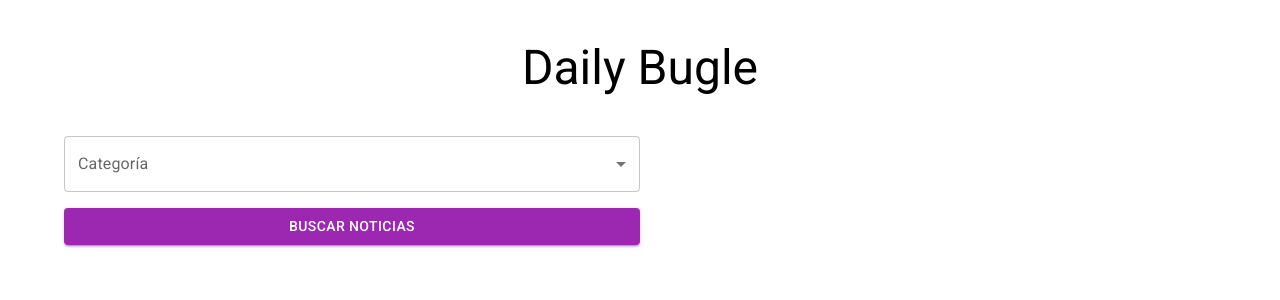
Repository: CarlosCamposRodriguez99/noticiasApp
Page: /
An editor plug-in stored every save of this project. The page is shown before and after the next save, followed by the edit.
The browser window is 1280 px wide. The pictures show the whole page.
Some web fonts or font styles are not loaded; a fallback is used. The project was rebuilt for these pictures with package versions that can differ from the ones it lists, and the page was loaded fresh each time. Also part of the build but not shown: vite.config.js.

Above is the page before, as saved 2022-06-07 19:44:06.

### index.html
<!DOCTYPE html>
<html lang="en">
  <head>
    <meta charset="UTF-8" />
    <link rel="icon" type="image/svg+xml" href="/src/favicon.svg" />
    <meta name="viewport" content="width=device-width, initial-scale=1.0" />
    <title>Buscador de Noticias</title>
    <link rel="preconnect" href="https://fonts.googleapis.com">
    <link rel="preconnect" href="https://fonts.gstatic.com" crossorigin>
    <link href="https://fonts.googleapis.com/css2?family=Joan&family=Roboto:wght@300;400;500;700&display=swap" rel="stylesheet">
  </head>
  <body>
    <div id="root"></div>
    <script type="module" src="/src/main.jsx"></script>
  </body>
</html>

### src/App.jsx
import { Container, Grid, Typography } from '@mui/material';
import Formulario from './components/Formulario';

function App() {

  return (
    <Container>
      <header>
        <Typography
          align="center"
          marginY={5}
          component='h1'
          variant='h3'
        >
          Daily Bugle
        </Typography>
      </header>

      <Grid
        container
        direction=''
      >
        <Grid
          item md={6}
        >
        <Formulario />

        </Grid>
      </Grid>

    </Container>
  )
}

export default App

### src/components/Formulario.jsx
import { FormControl, InputLabel, Select, MenuItem, Button, Box} from '@mui/material';

const CATEGORIAS = [
  { value: 'general', label: 'General'},
  { value: 'business', label: 'Negocios'},
  { value: 'entertainment', label: 'Entretenimiento'},
  { value: 'health', label: 'Salud'},
  { value: 'science', label: 'Ciencia'},
  { value: 'sports', label: 'Deportes'},
  { value: 'technology', label: 'Tecnología'},
]

const Formulario = () => {
  return (
    <form>
      <FormControl fullWidth>
        <InputLabel>Categoría</InputLabel>
        <Select
          label="categoria"
        >
          {CATEGORIAS.map(categoria => (
            <MenuItem
              key={categoria.value}
              value={categoria.value}
            >
              {categoria.label}
            </MenuItem>
          ))}

        </Select>

        <Box
          sx={{marginTop: 2}}
        >
          <Button
            fullWidth
            variant='contained'
            color='secondary'
          >
            Buscar Noticias
          </Button>
        </Box>

      </FormControl>
    </form>
  )
}

export default Formulario

Loaded but not shown: src/main.jsx (common file)

After the next save:
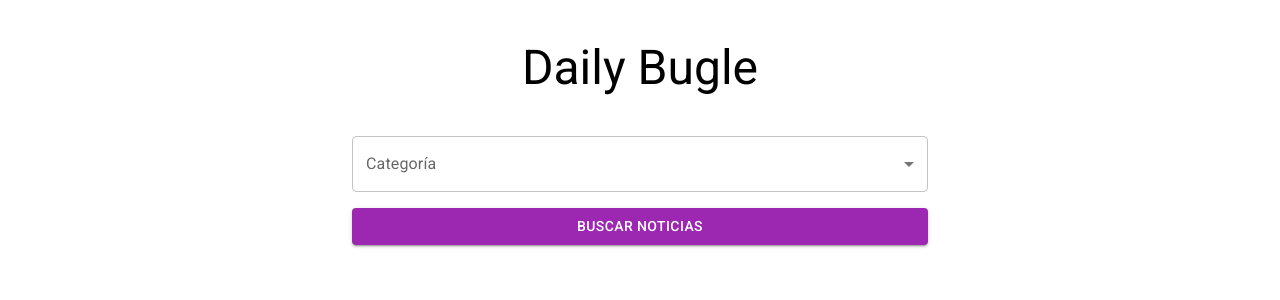
Saved 22 s later.
--- a/src/App.jsx
+++ b/src/App.jsx
@@ -18,7 +18,8 @@
 
       <Grid
         container
-        direction=''
+        direction='row'
+        justifyContent='center'
       >
         <Grid
           item md={6}
